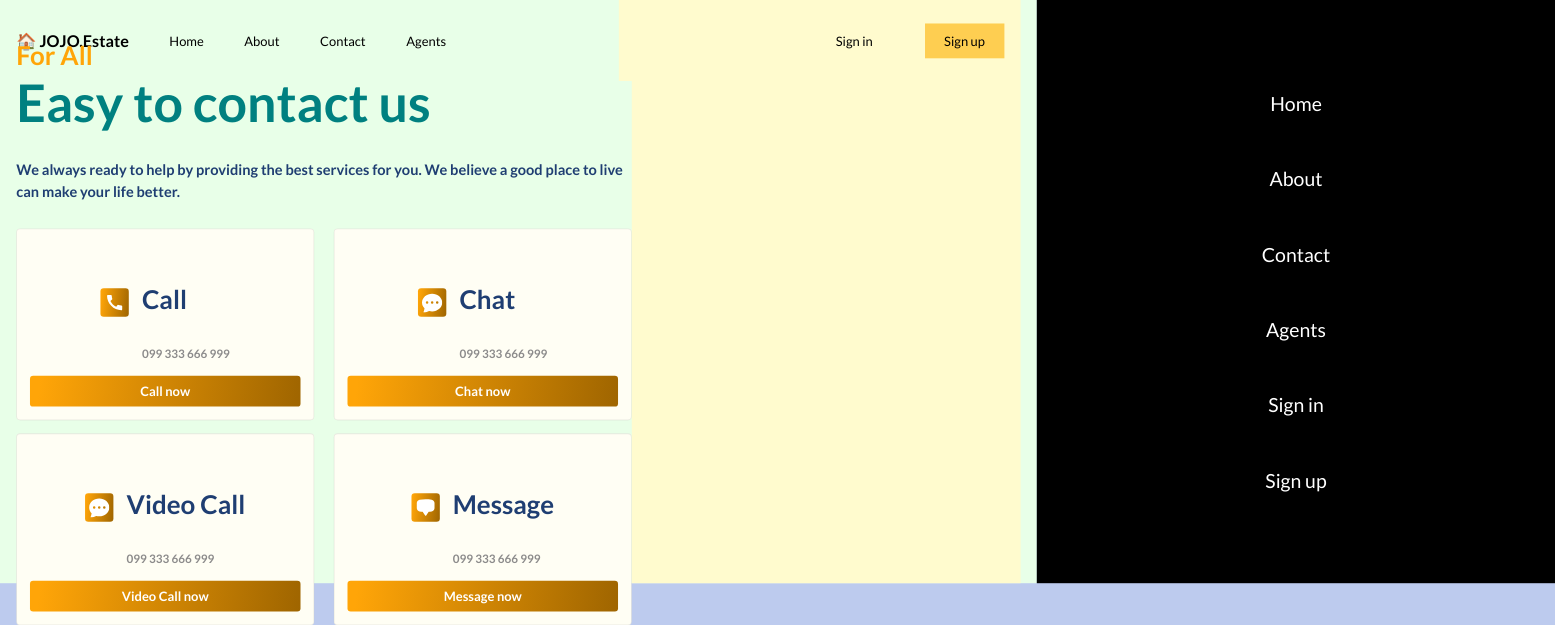
Repository: AiTrinh303/JOJO-estate
Page: /contact (app in client/)
These files come from the project's save history. The page is drawn as it stood at one moment and after a run of saves; the edit follows.
The browser window is 1280 px wide. The page is 1920 px wide, so the pictures cover 1920 px, including what lies to the right of the window. The pictures show the whole page, at 81% of full size.
The page's requests for data from a server got no answer. The project was rebuilt for these pictures with package versions that can differ from the ones it lists, and the page was loaded fresh each time. No one was signed in, and anything a server would have sent is missing. Also part of the build but not shown: client/vite.config.js, client/src/components/searchBar/searchBar.scss, client/src/components/searchBar/SearchBar.jsx, client/src/routes/homePage/homePage.scss, client/src/routes/homePage/homePage.jsx, client/src/routes/listPage/listPage.scss, client/src/components/filter/filter.scss, client/src/components/filter/Filter.jsx and 30 more. Imported but missing from the stored project, and not drawn on this page: client/src/components/uploadWidget/UploadWidget.

Above is the page before, as saved 2024-10-15 14:59:55.

After the next 2 saves:
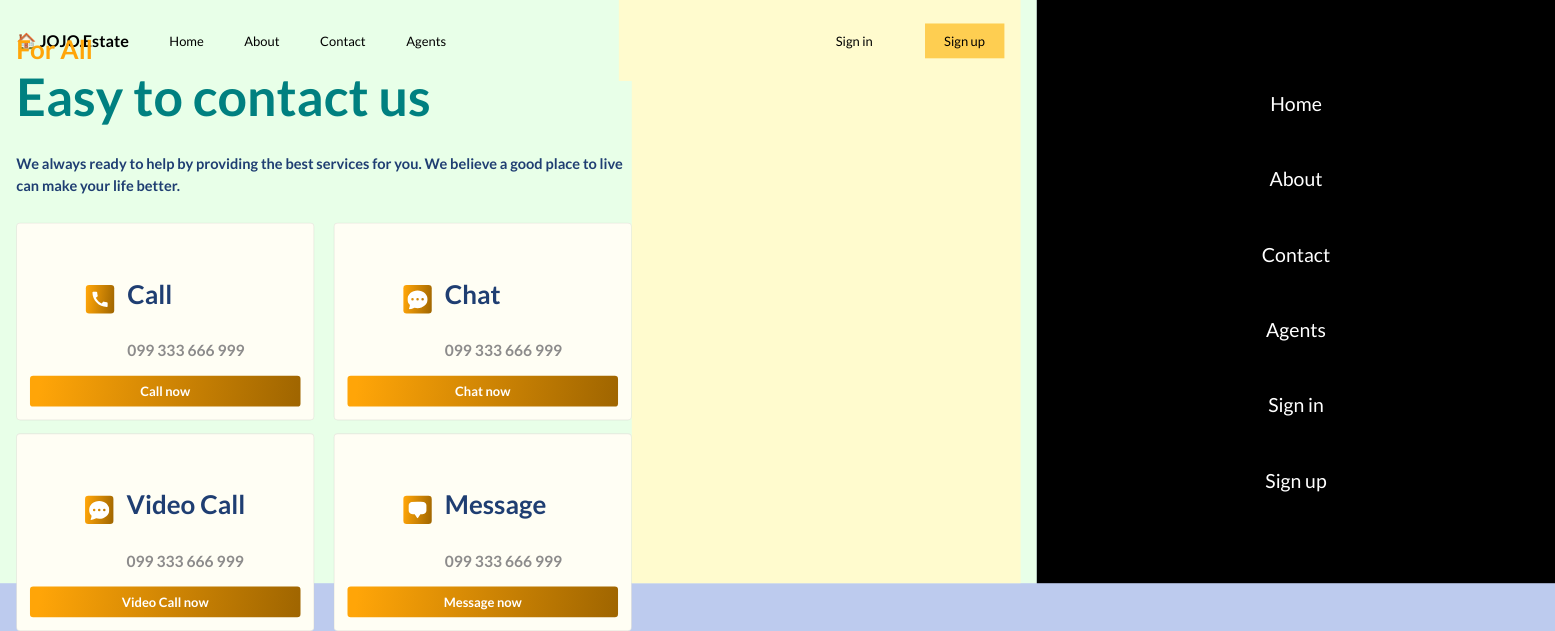
The 2 saves are shown as one change because they came seconds apart.
The last was saved 55 s later.
--- a/client/src/routes/contactPage/contactPage.scss
+++ b/client/src/routes/contactPage/contactPage.scss
@@ -84,7 +84,7 @@
 
                         .secondaryText {
                             color: rgb(140 139 139);
-                            font-size: 0.9rem;
+                            font-size: 1.2rem;
                           }
                     }
                 }
